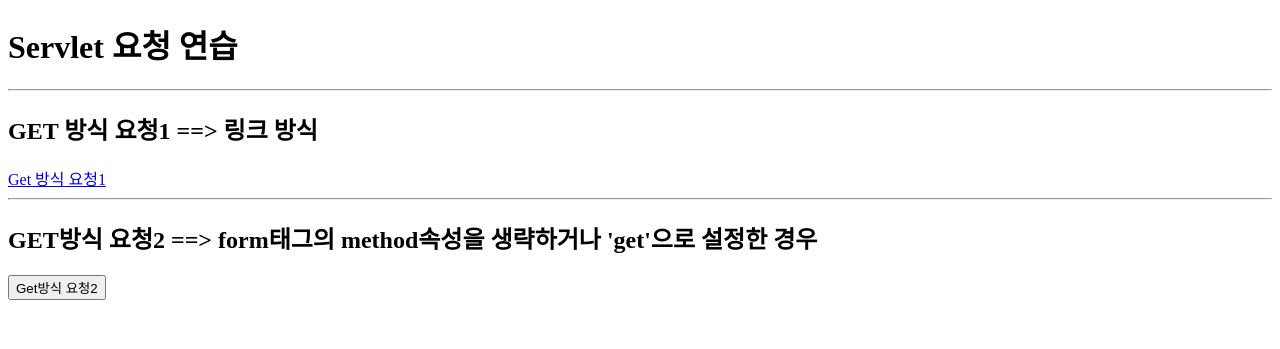
Repository: larlarru/HighJava_study2
Page: servletTest/WebContent/01/doBasicServlet.html
The author's editor kept a copy of each file at every save. The page is drawn from the files as they stood at one save, then again after the next save.
The browser window is 1280 px wide. The pictures show the whole page.

Above is the page before, as saved 2020-11-25 07:47:12.

After the next save:
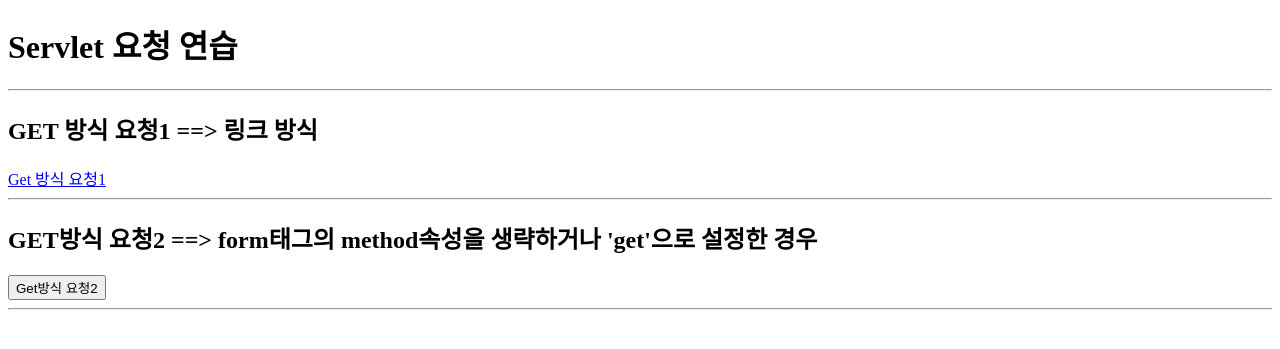
Saved 22 s later.
--- a/servletTest/WebContent/01/doBasicServlet.html
+++ b/servletTest/WebContent/01/doBasicServlet.html
@@ -17,6 +17,9 @@
 	<form href="http://localhost/servletTest/servletTest03.do" method="">
 		<input type="submit" value="Get방식 요청2">
 	</form>
+	<hr>
+
+	<h2></h2>
 
 </body>
 </html>
